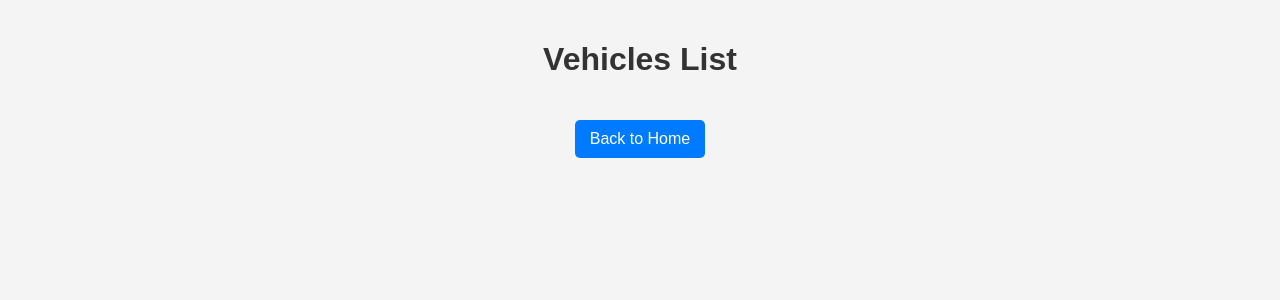
Repository: lasity34/fuel-consumption-api
Page: public/vehicles.html
An editor plug-in stored every save of this project. The page is shown before and after the next save, followed by the edit.
The browser window is 1280 px wide. The pictures show the whole page.
The page's requests for data from a server got no answer.

Above is the page before, as saved 2023-11-30 12:14:43.

After the next save:
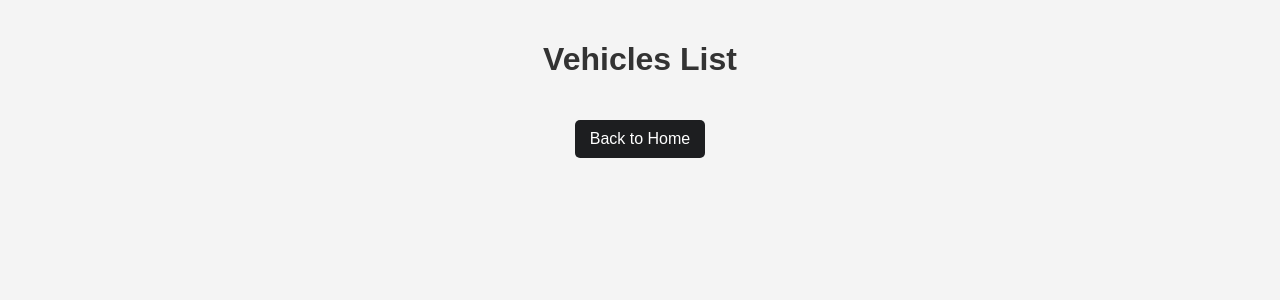
Saved 8 s later.
--- a/public/vehicle.css
+++ b/public/vehicle.css
@@ -76,12 +76,12 @@ h1 {
     display: inline-block;
     margin-top: 20px;
     padding: 10px 15px;
-    background-color: #007bff;
+    background-color: #1d1e20;
     color: white;
     text-decoration: none;
     border-radius: 5px;
 }
 
 .back-to-home:hover {
-    background-color: #0056b3;
+    background-color: #303133;
 }
